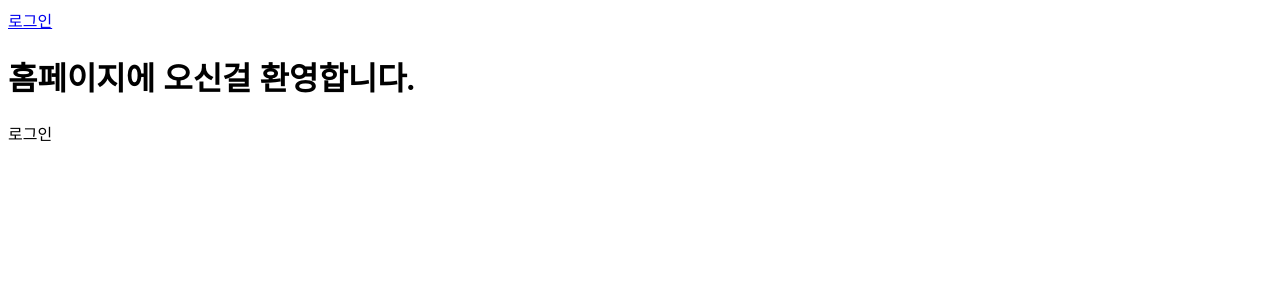
Repository: whdghks9241/Servlet-JSP-Workspace
Page: http://localhost/login_logout2/home.jsp
An editor plug-in stored every save of this project. The page is shown before and after the next save, followed by the edit.
The browser window is 1280 px wide. The pictures show the whole page.
The page is served by Tomcat 9. Other server files are loaded and not shown.

Above is the page before, as saved 2023-11-08 01:07:57.

### login_logout2/src/main/webapp/home.jsp
<%@ page language="java" contentType="text/html; charset=EUC-KR"
    pageEncoding="EUC-KR"%>
<!DOCTYPE html>
<html>
<head>
<meta charset="EUC-KR">
<title>Insert title here</title>
</head>
<body>

<script>
	function displayLoginFail() {
		// 팝업으로 표시할 오류메세지
		alert("로그인에 실패 하였습니다.");
	}
</script>
<!--
	만약에 로그인인 상태일경우 로그인 버튼을 숨기고 싶고 로그아웃 버튼이 보이게 하고 싶은 경우
 -->
	<%
 	// 만약에 password 값이 존재할 경우 빈(null)값이 아닐경우
 	if (session.getAttribute("PASSWORD") != null) {
 	%>
 		<a href="Logout.jsp">로그아웃</a>
	<%
	} else {
	%>
		<a href="Login.jsp">로그인</a>
	<%
 	}

 	%>
<h1>홈페이지에 오신걸 환영합니다.</h1>
<a herf = "login.jsp">로그인</a>
</body>
</html>

After the next save:
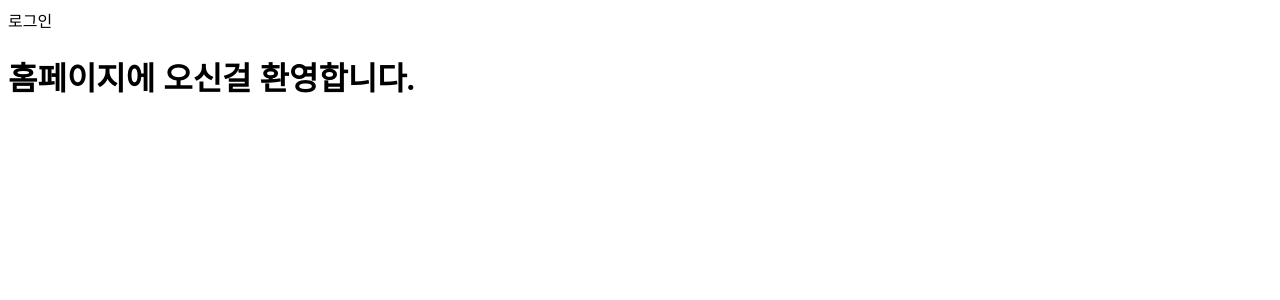
Saved 3 min 53 s later.
--- a/login_logout2/src/main/webapp/home.jsp
+++ b/login_logout2/src/main/webapp/home.jsp
@@ -25,12 +25,13 @@
 	<%
 	} else {
 	%>
-		<a href="Login.jsp">로그인</a>
+<a herf = "login.jsp">로그인</a>
 	<%
  	}
 
  	%>
 <h1>홈페이지에 오신걸 환영합니다.</h1>
-<a herf = "login.jsp">로그인</a>
+
+
 </body>
 </html>
